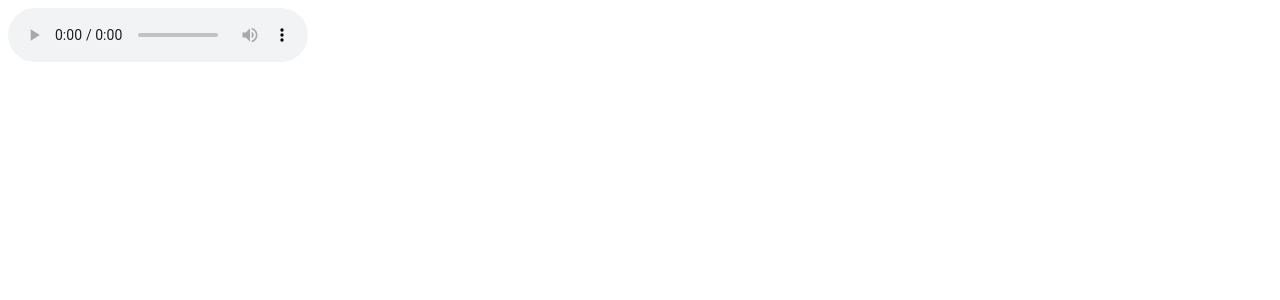
Repository: ssleap/multicampusIoT
Page: workspace190520/edu1/WebContent/audio.html
These files come from the project's save history. The page is drawn as it stood at one moment and after the next save; the edit follows.
The browser window is 1280 px wide. The pictures show the whole page.

Above is the page before, as saved 2019-05-22 00:35:40.

After the next save:
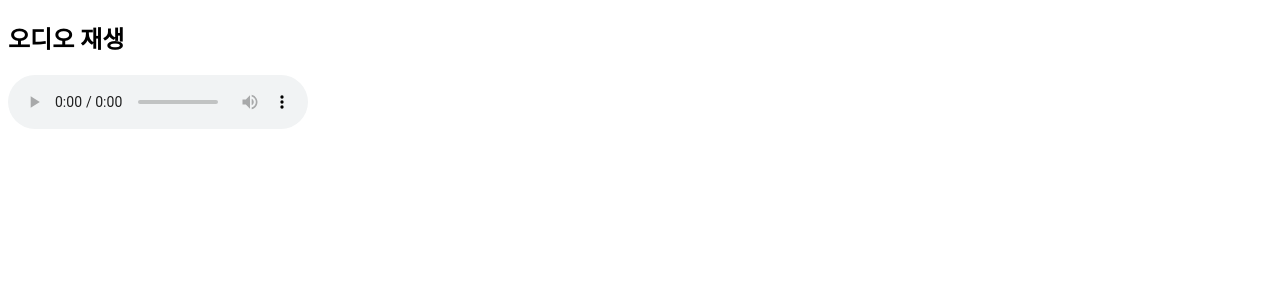
Saved 77 s later.
--- a/workspace190520/edu1/WebContent/audio.html
+++ b/workspace190520/edu1/WebContent/audio.html
@@ -6,9 +6,11 @@
 <title>audio</title>
 </head>
 <body>
-
+	<h2>오디오 재생</h2>
 	<audio autoplay = "autoplay" controls = "controls">
-		<source src="./audio/johan.mp3">
+		<source src="./audio/johan.mp3" type = "audio/mp3">
+		<source src="./audio/johan.ogg" type = "audio/ogg">
+		브라우저가 음악 파일 형식을 지원하지 않습니다.
 	</audio>
 
 </body>
